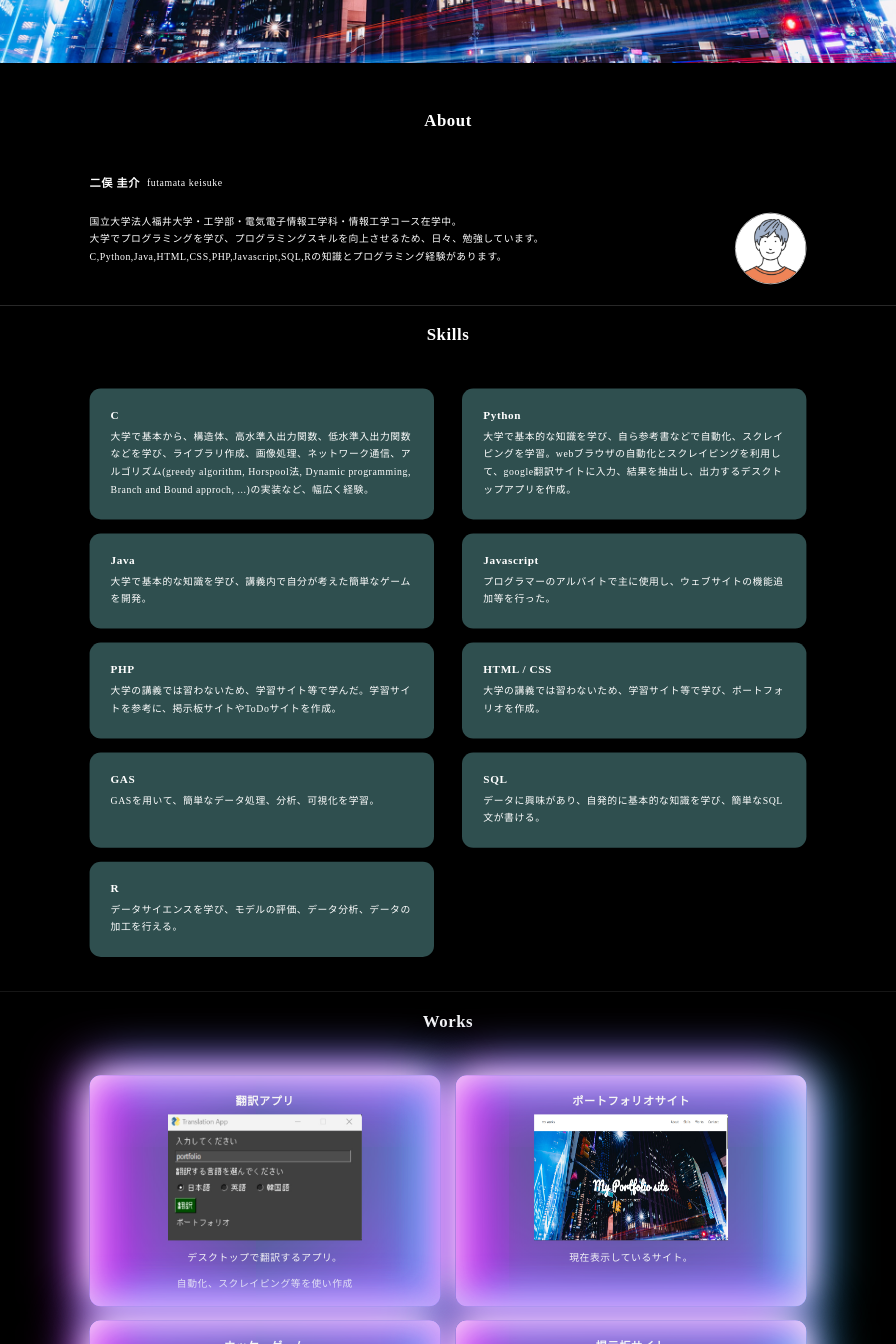
Repository: F-ksk/portfolio
Page: index.html
The author's editor kept a copy of each file at every save. The page is drawn from the files as they stood at one save, then again after the next save.
The browser window is 1280 px wide. The pictures show the part of the page from y = 540 to 2460 px (the page is 3705 px tall), at 70% of full size.

Above is the page before, as saved 2023-11-13 00:37:28.

After the next save:
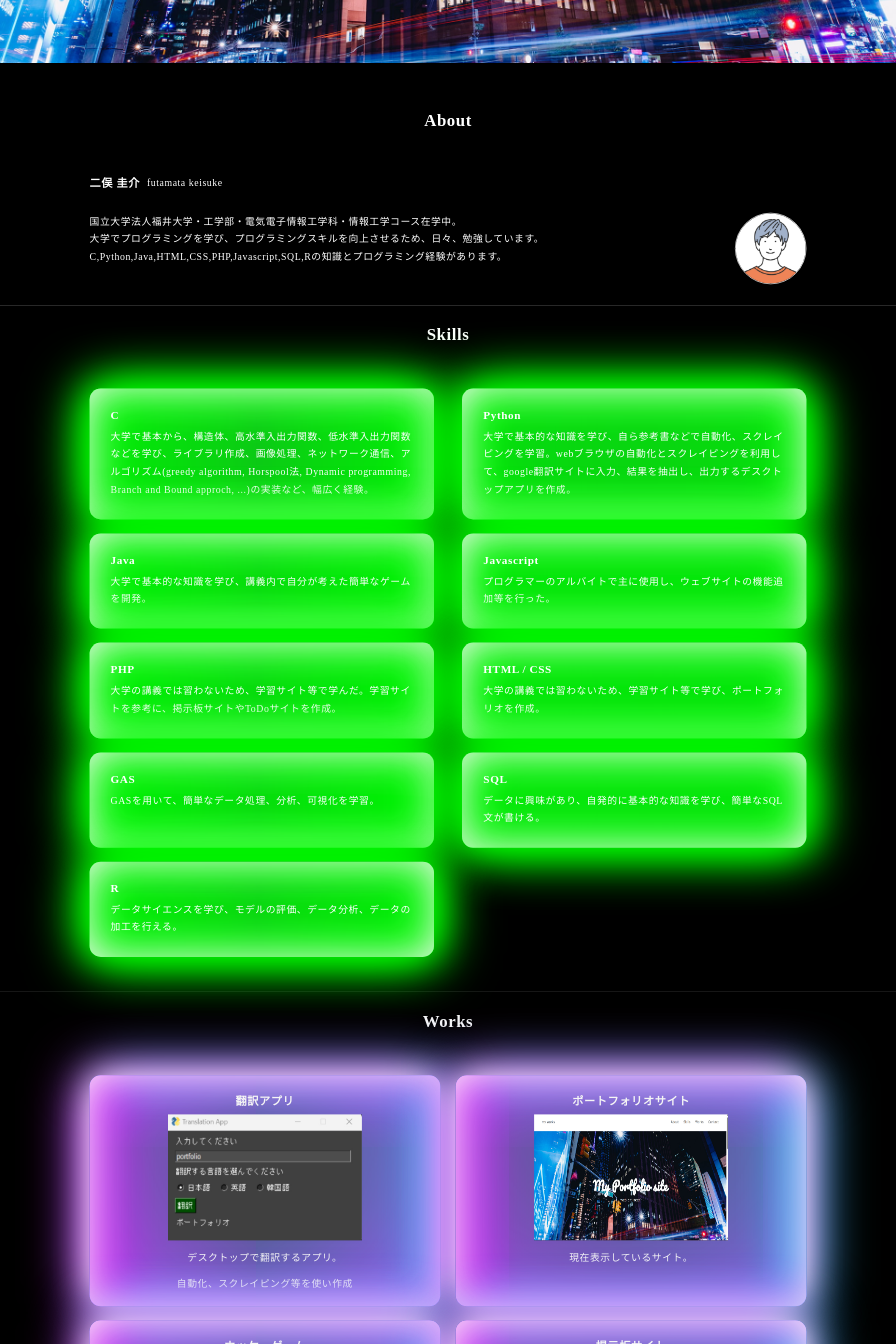
Saved 2 min 28 s later.
--- a/css/style.css
+++ b/css/style.css
@@ -146,6 +146,15 @@
     margin-bottom: 20px;
     padding: 30px;
     box-sizing: border-box;
+    box-shadow:
+    inset 0 0 60px whitesmoke,
+    inset 20px 0 80px #0f0, /* 緑色の影 */
+    inset -20px 0 80px #0f0, /* 緑色の影 */
+    inset 20px 0 300px #0f0, /* 緑色の影 */
+    inset -20px 0 300px #0f0, /* 緑色の影 */
+    0 0 50px #0f0, /* 緑色の影 */
+    -10px 0 80px #0f0, /* 緑色の影 */
+    10px 0 80px #0f0; /* 緑色の影 */
 }
 
 .work-item {

After the save that followed:
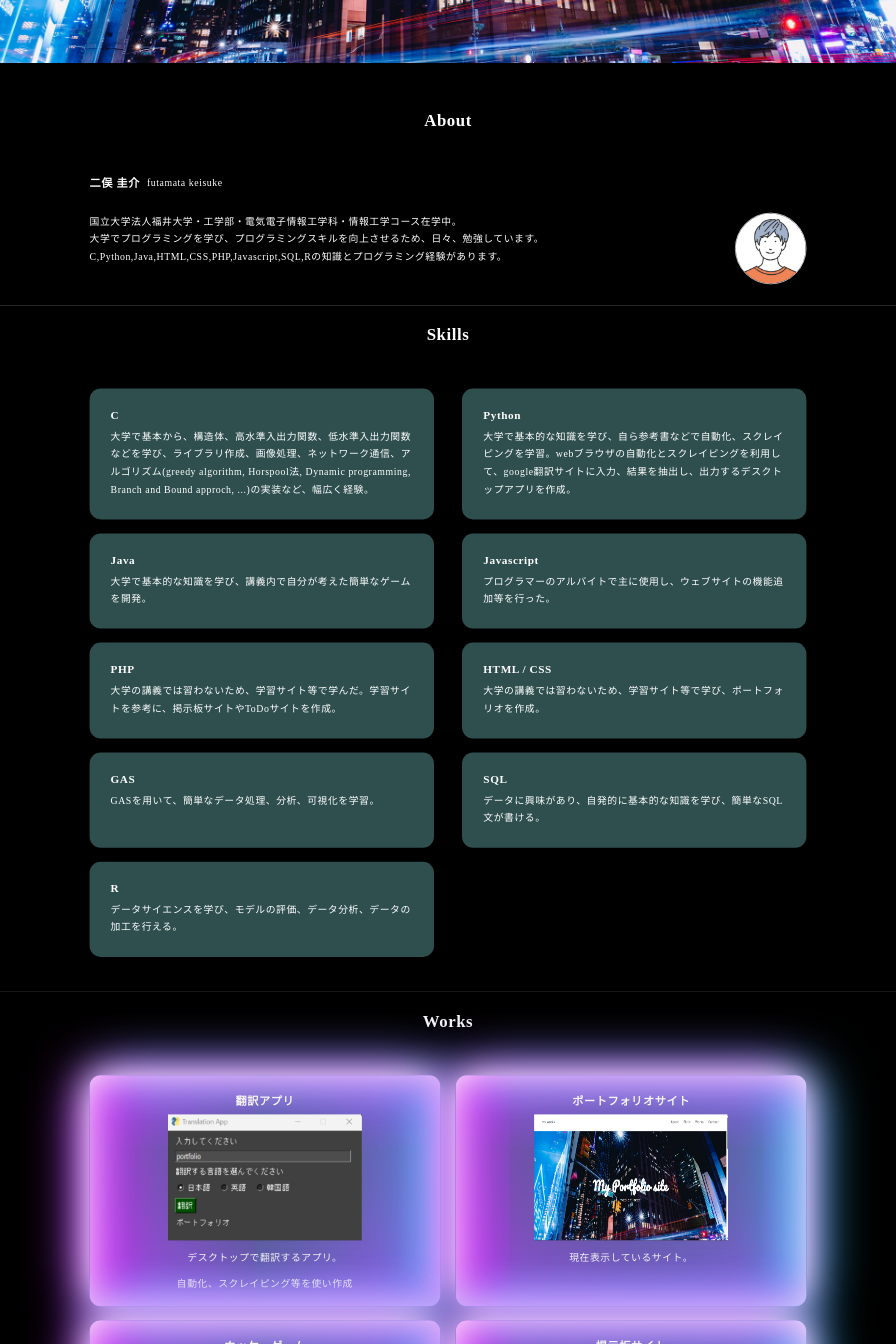
Saved 106 s later.
--- a/css/style.css
+++ b/css/style.css
@@ -147,14 +147,15 @@
     padding: 30px;
     box-sizing: border-box;
     box-shadow:
+    box-shadow:
     inset 0 0 60px whitesmoke,
-    inset 20px 0 80px #0f0, /* 緑色の影 */
-    inset -20px 0 80px #0f0, /* 緑色の影 */
-    inset 20px 0 300px #0f0, /* 緑色の影 */
-    inset -20px 0 300px #0f0, /* 緑色の影 */
-    0 0 50px #0f0, /* 緑色の影 */
-    -10px 0 80px #0f0, /* 緑色の影 */
-    10px 0 80px #0f0; /* 緑色の影 */
+    inset 20px 0 80px #444, /* グレーの影 */
+    inset -20px 0 80px #444, /* グレーの影 */
+    inset 20px 0 300px #444, /* グレーの影 */
+    inset -20px 0 300px #444, /* グレーの影 */
+    0 0 50px #444, /* グレーの影 */
+    -10px 0 80px #444, /* グレーの影 */
+    10px 0 80px #444; /* グレーの影 */
 }
 
 .work-item {
